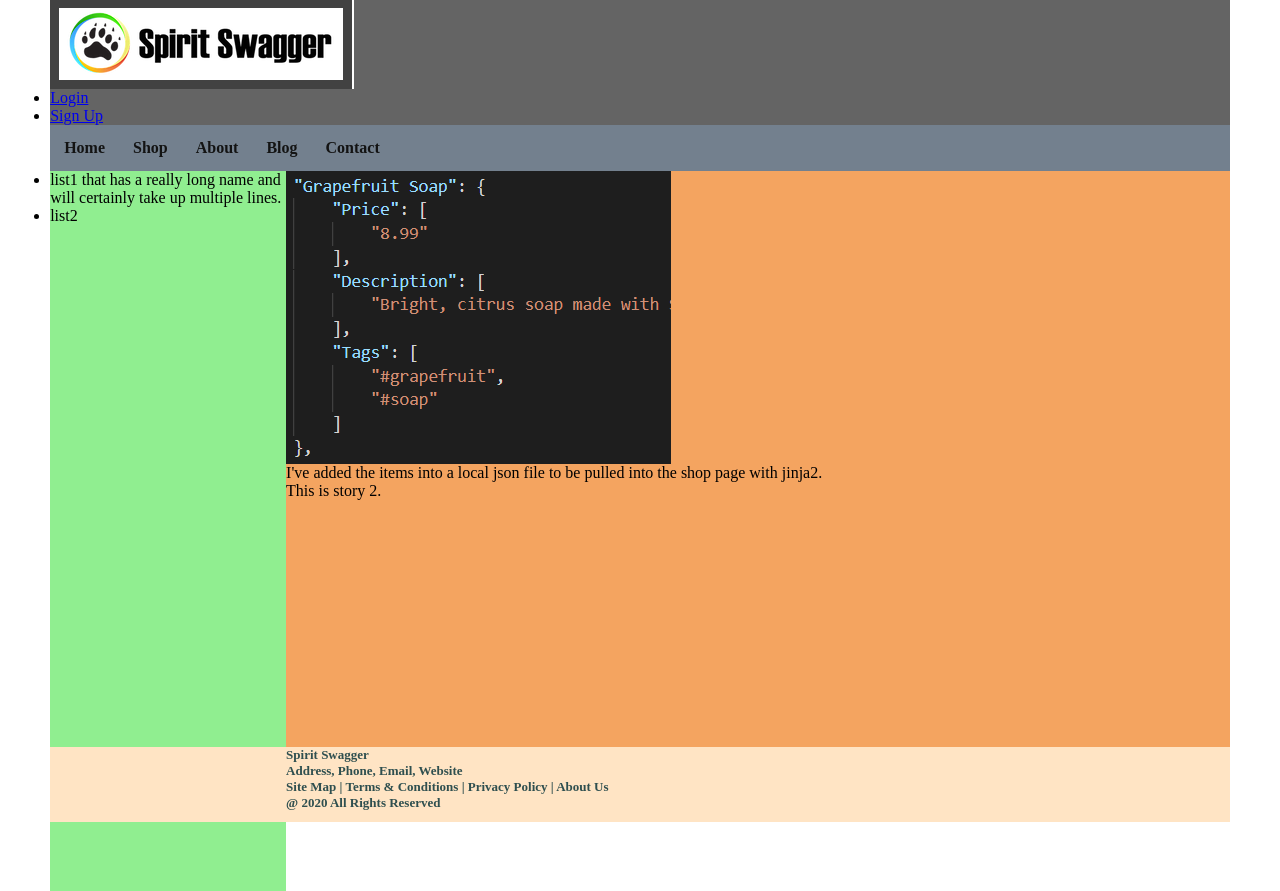
Repository: Kdewitt2/swaggersite
Page: http://localhost/home/
These files come from the project's save history. The page is drawn as it stood at one moment and after the next save; the edit follows.
The browser window is 1280 px wide. The pictures show the whole page.
The page is served by the project's application, run on Django 3.2 (manage.py). Other server files are loaded and not shown.

Above is the page before, as saved 2020-10-25 10:04:29.

### home/templates/home/index.html

{% load static %}

<html>
<link rel="stylesheet" type="text/css" href="{% static 'shop/style.css' %}">
    <header>
        <title>
            Spirit Swagger Home
        </title>
    </header>

<!------------>
<!---Nav Bar-->
<!------------>
    <div class="container">
       <div class="logobar">
           <img src=" {% static '/home/SwaggerLogo.PNG' %}" href="../home">
            <ul class = "login">
                <li> <a href = "../login"> Login </a></li>
                <li> <a href = "../signup"> Sign Up </a></li>
            </ul>
       </div>
        <nav>
            <ul>
                <li><a href = "../home">Home</a></li>
                <li><a href = "../shop">Shop</a></li>
                <li><a href = "../about">About</a></li>
                <li><a href = "../blog">Blog</a></li>
                <li><a href = "../contact">Contact</a></li>
            </ul>
        </nav>
    </div>

<!---------------->
<!-- Filter Bar -->
<!---------------->
    <div id="filterbar">
        <ul>
            <li> list1 that has a really long name and will certainly take up multiple lines.</li>
            <li> list2 </li>
        </ul>
    </div>

<!------------------>
<!-- Main Content -->
<!------------------>
<section>
    <div id="main">
        <div class = "newsItem">
            <img src="{% static '/home/jsonEx.PNG' %}" href="../home">
            <p>I've added the items into a local json file to be pulled into the shop page with jinja2. </p>
        </div>
        <div class = "newsItem">
            <p>This is story 2. </p>
        </div>
    </div>
</section>


<!------------>
<!-- Footer -->
<!------------>
<section>
    <div class="container">
        <footer id="footer">
            <p><b>Spirit Swagger</b></p>
            <p>Address, Phone, Email, Website</p>
            <p><a>Site Map</a> | <a>Terms & Conditions</a> | <a>Privacy Policy</a> | <a>About Us</a></p>
            <p style="align-content: right;">@ 2020 All Rights Reserved</p>
        </footer>
    </div>
</section>

</html>

### home/views.py
from django.http import HttpResponseRedirect
from django.shortcuts import get_object_or_404, render
from django.urls import reverse
from django.views import generic
from django.utils import timezone

from .models import Choice, Question


class IndexView(generic.ListView):
    template_name = 'home/index.html'
    context_object_name = 'latest_question_list'

    def get_queryset(self):
        """
        Return the last five published questions (not including those set to be
        published in the future).
        """
        return Question.objects.filter(
            pub_date__lte=timezone.now()
        ).order_by('-pub_date')[:5]

class DetailView(generic.DetailView):
    model = Question
    template_name = 'home/detail.html'

    def get_queryset(self):
        """
        Excludes any questions that aren't published yet.
        """
        return Question.objects.filter(pub_date__lte=timezone.now())

class ResultsView(generic.DetailView):
    model = Question
    template_name = 'home/results.html'

def index(request):
    latest_question_list = Question.objects.order_by('-pub_date')[:5]
    context = {'latest_question_list': latest_question_list}
    return render(request, 'home/index.html', context)

def detail(request, question_id):
    question = get_object_or_404(Question, pk=question_id)
    return render(request, 'home/detail.html', {'question': question})

def results(request, question_id):
    question = get_object_or_404(Question, pk=question_id)
    return render(request, 'home/results.html', {'question': question})

def vote(request, question_id):
    question = get_object_or_404(Question, pk=question_id)
    try:
        selected_choice = question.choice_set.get(pk=request.POST['choice'])
    except (KeyError, Choice.DoesNotExist):
        # Redisplay the question voting form.
        return render(request, 'home/detail.html', {
            'question': question,
            'error_message': "You didn't select a choice.",
        })
    else:
        selected_choice.votes += 1
        selected_choice.save()
        # Always return an HttpResponseRedirect after successfully dealing
        # with POST data. This prevents data from being posted twice if a
        # user hits the Back button.
        return HttpResponseRedirect(reverse('home:results', args=(question.id,)))

### swaggersite2/urls.py
"""swaggersite URL Configuration

The `urlpatterns` list routes URLs to views. For more information please see:
    https://docs.djangoproject.com/en/3.1/topics/http/urls/
Examples:
Function views
    1. Add an import:  from my_app import views
    2. Add a URL to urlpatterns:  path('', views.home, name='home')
Class-based views
    1. Add an import:  from other_app.views import Home
    2. Add a URL to urlpatterns:  path('', Home.as_view(), name='home')
Including another URLconf
    1. Import the include() function: from django.urls import include, path
    2. Add a URL to urlpatterns:  path('blog/', include('blog.urls'))
"""
from django.contrib import admin
from django.urls import include, path

urlpatterns = [
    path('polls/', include('polls.urls')),
    path('home/', include('home.urls')),
    path('shop/', include('shop.urls')),
    path('admin/', admin.site.urls),
]

### home/urls.py
from django.urls import path

from . import views

app_name = 'home'
urlpatterns = [
    path('', views.IndexView.as_view(), name='index'),
]

### shop/urls.py
from django.urls import path

from . import views

app_name = 'shop'
urlpatterns = [
    path('', views.IndexView.as_view(), name='index'),
]

### shop/static/shop/style.css
/************************/
/*****Global styling*****/
/************************/

* {
    margin: 0;
    padding: 0;
}
html, body {
    height: 100%;
    margin-left: 2%;
    margin-right: 2%;
}
.container {
    background-color: rgba(100, 100, 100);
}
#main {
    display: block;
    overflow: auto;
    min-height: 80%;
    padding-bottom: 75px;
    background-color:sandybrown;
}
#logobar {
    padding-top: 5%;
    width: 80%;
    background-color: sandybrown;
}

/***********************/
/********Nav Bar********/
/***********************/

nav li a{
    display: block;
    text-align: center;
    padding: 14px;
    text-decoration: none;
    font-weight: bold;
    background-color: lightslategray;
    color: black
}
nav {
    opacity: 80%;
}
nav li {
    float: left;
}
li a:hover {
    background-color: darkslategrey;
}
nav ul {
    list-style-type: none;
    margin: 0;
    padding: 0;
    overflow: hidden;
    background-color: lightslategray;
}

/************************/
/*******Filter Bar*******/
/************************/
#filterbar {
    max-width: 20%;
    float: left;
    height: 100%;
    background-color: lightgreen;
}

/************************/
/*****Item Container*****/
/************************/
.itemblock {
    height: 200px;
    width: 250px;
    background-color: pink;
    padding: 10px;
    margin: 20px;
}


/************************/
/*****Footer styling*****/
/************************/
#footer {
    background-color: bisque;
    position: relative;
    height: 75px;
    margin-top: -75px;
}
footer p {
    font-size: 13px;
    font-weight: bold;
    color: darkslategrey;
}
footer a:hover {
    font-weight: bold;
    color: lightslategray;
}

### home/static/home/style.css
/************************/
/*****Global styling*****/
/************************/

* {
    margin: 0;
    padding: 0;
}
html, body {
    height: 100%;
    margin-left: 2%;
    margin-right: 2%;
}
.container {
    background-color: rgba(100, 100, 100);
}
#main {
    display: block;
    overflow: auto;
    min-height: 80%;
    padding: 2%;
    padding-top: 1%;
    min-height: 80%;
    padding-bottom: 75px;
    background-color:sandybrown;
}
#logobar {
    padding-top: 2%;
    padding-bottom: 2%;
    width: 80%;
    background-color: sandybrown;
}
#filterbar {
    max-width: 17%;
    padding: 2%;
    float: left;
    height: 80%;
    background-color: lightgreen;
}
/***********************/
/******Login Links******/
/***********************/
.login {
    float: right;

}
login a:hover {
    font-weight: bold;
}

/***********************/
/********Nav Bar********/
/***********************/

nav li a{
    display: block;
    text-align: center;
    padding: 14px;
    text-decoration: none;
    font-weight: bold;
    background-color: lightslategray;
    color: black
}
nav {
    opacity: 80%;
}
nav li {
    float: left;
}
li a:hover {
    background-color: darkslategrey;
}
nav ul {
    list-style-type: none;
    margin: 0;
    padding: 0;
    overflow: hidden;
    background-color: lightslategray;
}

/************************/
/*******News Item********/
/************************/
.newsItem {
    max-height: 18%;
    margin-top: 5%;
    margin-left: 2.5%;
    margin-right: 2.5%;
    padding: 2%;
    border-radius: 10px 30px;
    background-color: brown;
    overflow: auto;
}
.newsItem img {
    max-height: 18%;
    max-width: 18%;
}




/************************/
/*****Footer styling*****/
/************************/
#footer {
    background-color: bisque;
    position: relative;
    height: 75px;
    margin-top: -75px;
}
footer p {
    font-size: 13px;
    font-weight: bold;
    color: darkslategrey;
}
footer a:hover {
    font-weight: bold;
    color: lightslategray;
}

Loaded but not shown: polls/urls.py (common file)

After the next save:
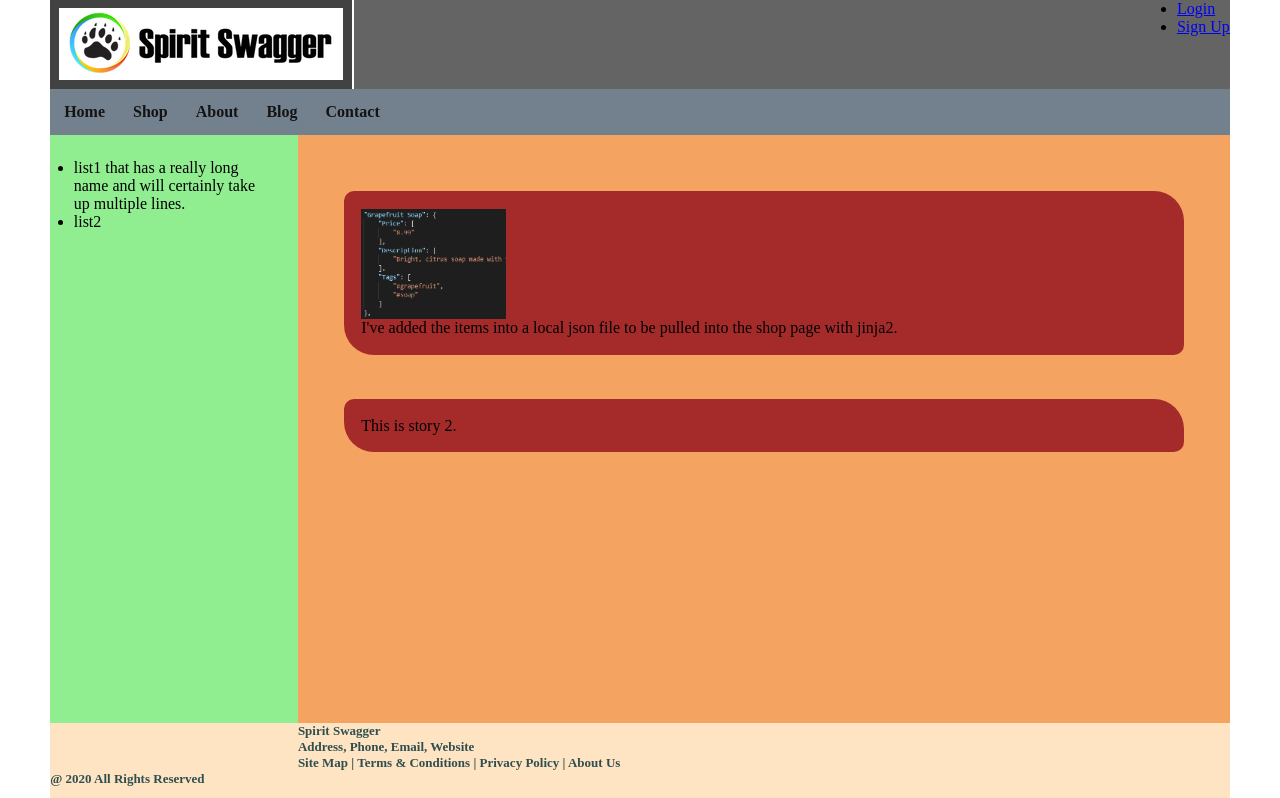
Saved 21 s later.
--- a/home/templates/home/index.html
+++ b/home/templates/home/index.html
@@ -2,7 +2,7 @@
 {% load static %}
 
 <html>
-<link rel="stylesheet" type="text/css" href="{% static 'shop/style.css' %}">
+<link rel="stylesheet" type="text/css" href="{% static 'home/style.css' %}">
     <header>
         <title>
             Spirit Swagger Home
